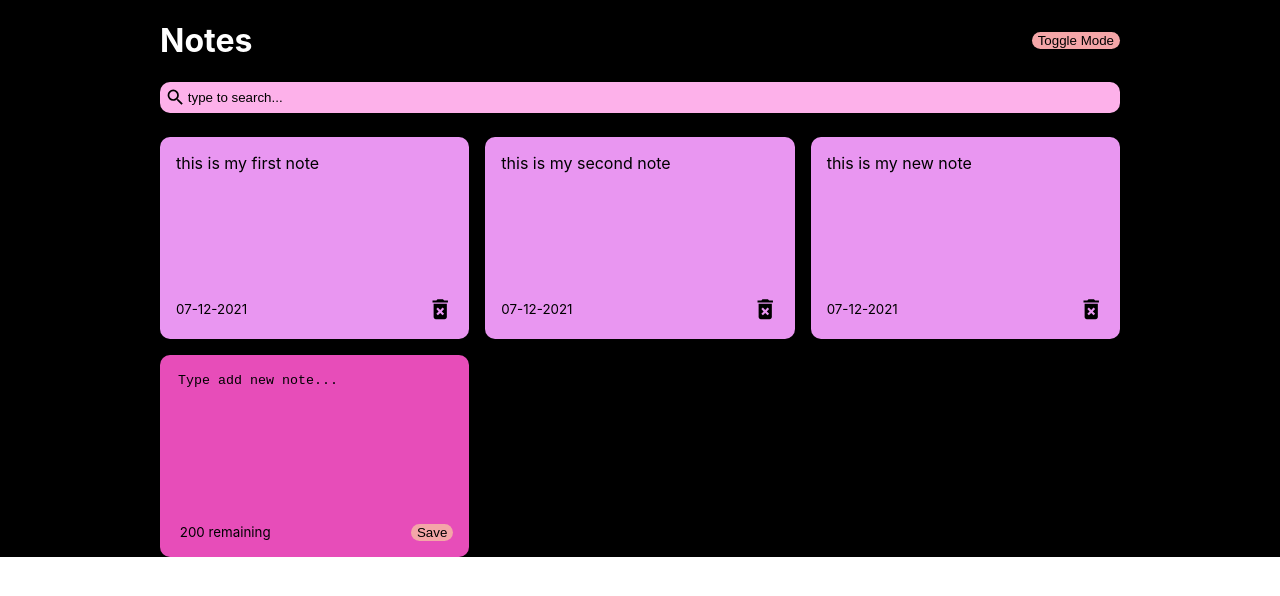
Repository: DeraBola/react-notes-app
Page: /
The author's editor kept a copy of each file at every save. The page is drawn from the files as they stood at one save, then again after the next save.
The browser window is 1280 px wide. The pictures show the whole page.
The project was rebuilt for these pictures with package versions that can differ from the ones it lists, and the page was loaded fresh each time.

Above is the page before, as saved 2022-08-02 17:18:32.

After the next save:
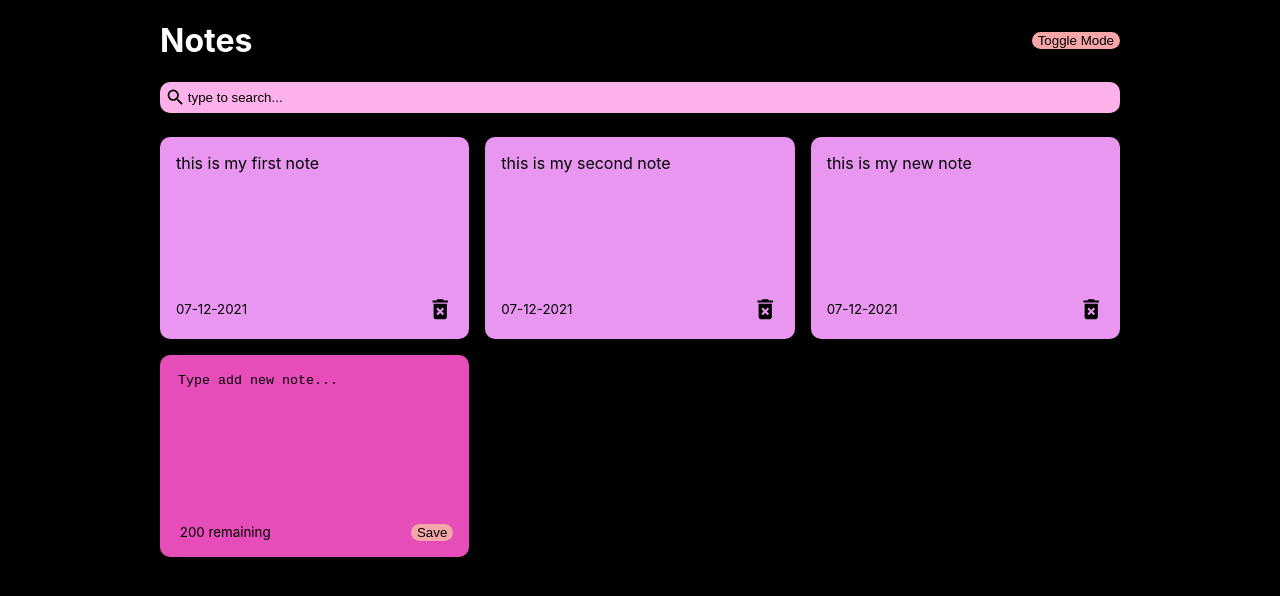
Saved 4 min 8 s later.
--- a/src/index.css
+++ b/src/index.css
@@ -15,6 +15,7 @@ code {
     margin-left: auto;
     padding-right: 15px;
     padding-left: 15px;
+    min-height: 100vh;
 }
 
 .notes-list {
